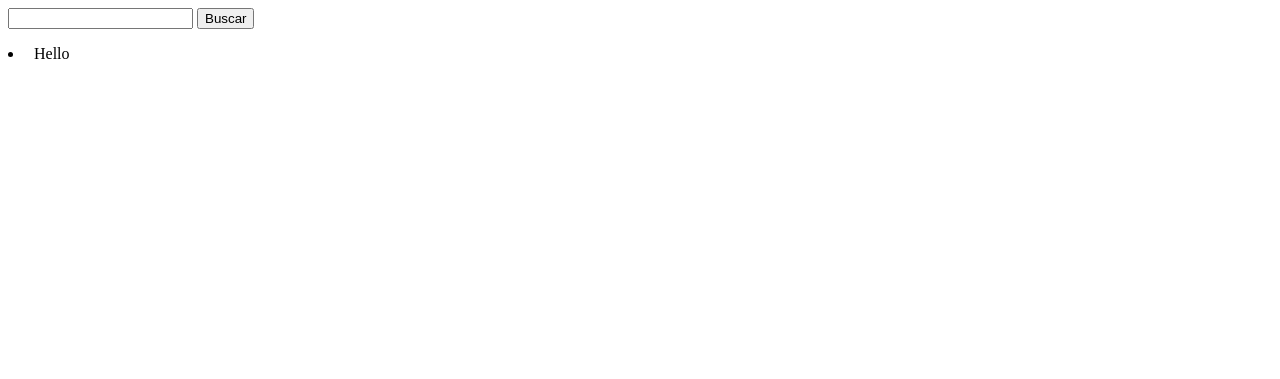
Repository: raquelgm88/cocktail-finder
Page: src/html/partials/main.html
An editor plug-in stored every save of this project. The page is shown before and after the next save, followed by the edit.
The browser window is 1280 px wide. The pictures show the whole page.

Above is the page before, as saved 2023-02-24 16:49:02.

After the next save:
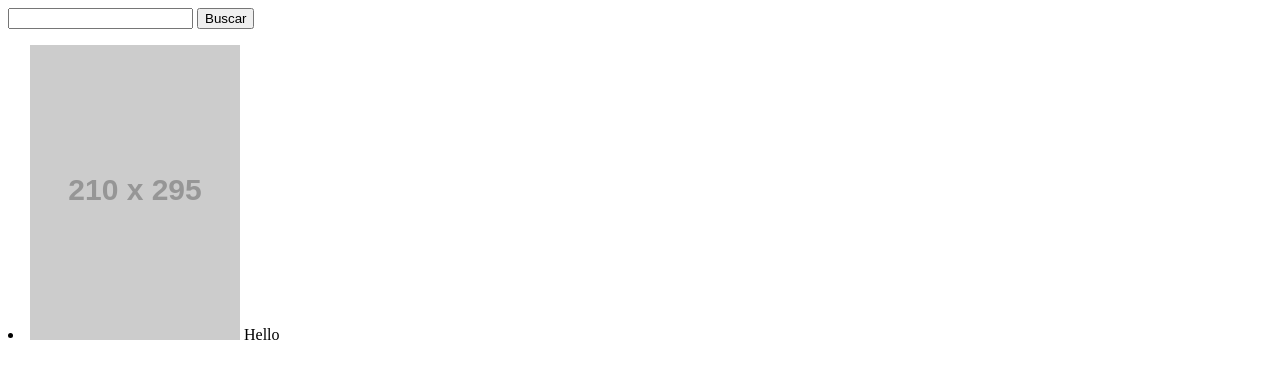
Saved 7 s later.
--- a/src/html/partials/main.html
+++ b/src/html/partials/main.html
@@ -18,6 +18,9 @@
 </main>
 
 <li>
-  <img src="" alt="" />
+  <img
+    src="'https://via.placeholder.com/210x295/ffffff/666666/?text=TV'"
+    alt=""
+  />
   Hello
 </li>
